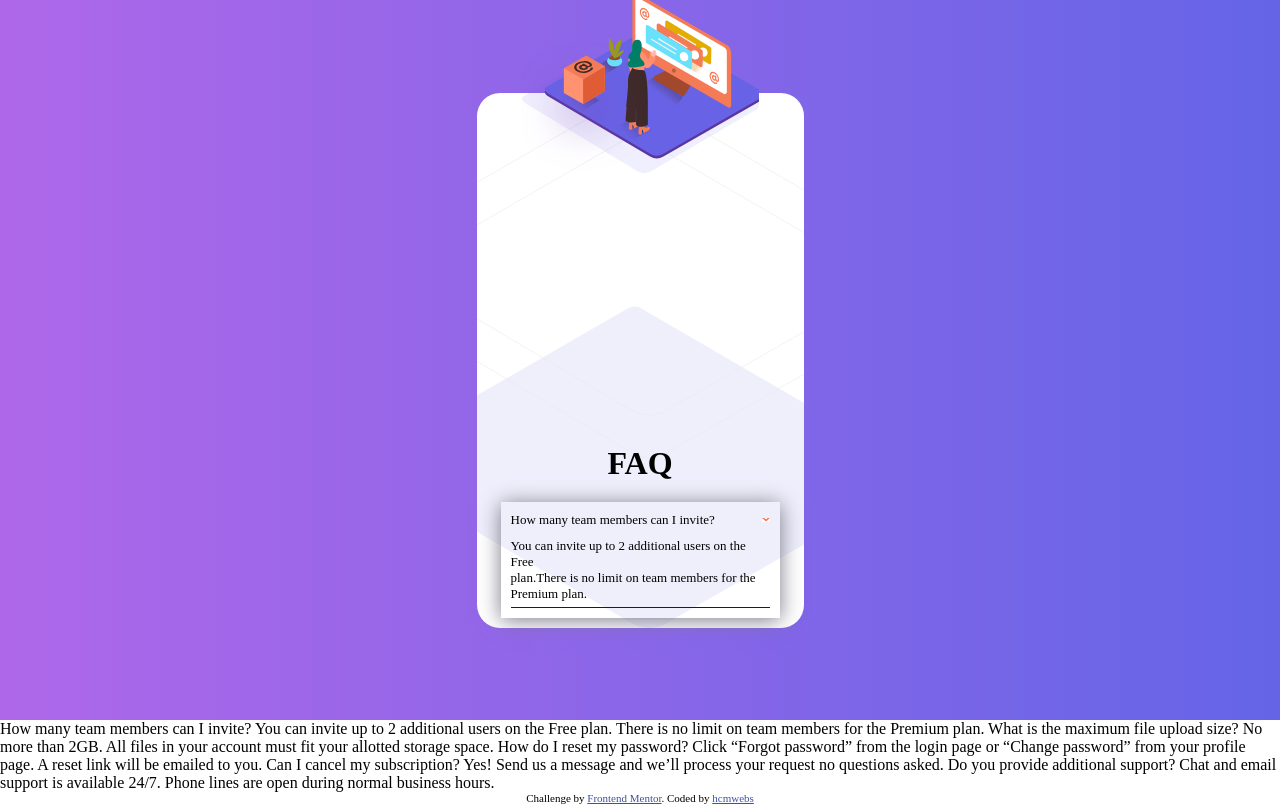
Repository: Hcmwebs/faq-accordion-card
Page: index.html
An editor plug-in stored every save of this project. The page is shown before and after the next save, followed by the edit.
The browser window is 1280 px wide. The pictures show the whole page.
The style sheet was rebuilt from its Sass, Less or Tailwind sources for each picture, by a compiler version that may differ from the author's.

Above is the page before, as saved 2020-11-06 10:29:07.

### index.html
<!DOCTYPE html>
<html lang="en">
  <head>
    <meta charset="UTF-8" />
    <meta name="viewport" content="width=device-width, initial-scale=1.0" />
    <!-- displays site properly based on user's device -->

    <link
      rel="icon"
      type="image/png"
      sizes="32x32"
      href="./images/favicon-32x32.png"
    />
    <link rel="stylesheet" href="css/main.min.css" />

    <title>Frontend Mentor | FAQ Accordion Card</title>

    <!-- Feel free to remove these styles or customise in your own stylesheet 👍 -->
    <style>
      .attribution {
        font-size: 11px;
        text-align: center;
      }
      .attribution a {
        color: hsl(228, 45%, 44%);
      }
    </style>
  </head>
  <body>
    <div class="container">
      <div class="card">
        <div class="card__header">
          <img
            src="/images/illustration-woman-online-mobile.svg"
            alt="image of a woman online"
          />
        </div>

        <div class="card__body">
          <h1 class="card__body--title">faq</h1>
          <div class="card__body--item">
            <div class="card__body--item--title">
              <h2>How many team members can I invite?</h2>
              <button>
                <img src="/images/icon-arrow-down.svg" alt="icon-arrow-down" />
              </button>
            </div>
            <p>
              You can invite up to 2 additional users on the Free <br />
              plan.There is no limit on team members for the Premium plan.
            </p>
            <div class="card__body--item--divider"></div>
          </div>
        </div>
      </div>
    </div>

    How many team members can I invite? You can invite up to 2 additional users
    on the Free plan. There is no limit on team members for the Premium plan.
    What is the maximum file upload size? No more than 2GB. All files in your
    account must fit your allotted storage space. How do I reset my password?
    Click “Forgot password” from the login page or “Change password” from your
    profile page. A reset link will be emailed to you. Can I cancel my
    subscription? Yes! Send us a message and we’ll process your request no
    questions asked. Do you provide additional support? Chat and email support
    is available 24/7. Phone lines are open during normal business hours.

    <div class="attribution">
      Challenge by
      <a href="https://www.frontendmentor.io?ref=challenge" target="_blank"
        >Frontend Mentor</a
      >. Coded by
      <a
        href="https://github.com/Hcmwebs/faq-accordion-card.git"
        target="_blank"
        rel="noopener noreferrer"
        >hcmwebs</a
      >
    </div>
  </body>
</html>

### scss/main.scss

// /*====fonts====*/

// @import url('https://fonts.googleapis.com/css2?family=Kumbh+Sans:wght@400;700&display=swap');

// $font-stack: 'Kumbh Sans',sans-serif;
// $font-size: 10px;
// $font-light: 400;
// $font-bold: 700;


// /*====primary color====*/
// /*====text-color====*/

// $veryDarkDesaturatedBlue: hsl(238, 29%, 16%);
// $softRed: hsl(14, 88%, 65%);

// /*====background -gradient====*/

// $gradientSoftViolet: hsl(273, 75%, 66%);
// $gradientSoftBlue: hsl(240, 73%, 65%);

// /*====Neutral color====*/
// /*====text-color====*/

// $veryDarkGrayishBlue: hsl(237, 12%, 33%);
// $darkGrayishBlue: hsl(240, 6%, 50%);

// /*====dividers-color====*/

// $dividersLightGrayishBlue: hsl(240, 5%, 91%);

@import 'variables';
@import 'mixins';


*{
  margin: 0;
  padding: 0;
  box-sizing: border-box;
}

.body{
width: 100%;
height: 100vh;
font-family: 'Kumbh Sans',sans-serif;
font-size: $font-size;
font-weight: $font-light;
@include grid($center, $center);
}

.container{
  width: 100%;
  height: 100vh;
  background: linear-gradient(90deg,$gradientSoftViolet 0%,$gradientSoftBlue 100%);
  @include flex($column, $center, $center);

  .card{
    width: 327px;
    height:535px;
    background-color: #fff;
    border-radius:23px;
    padding: 10px;
    @include flex(column,space-between,center);


    &__header{
      width: 237px;
      height: 180px;
      background-image: url(/images/bg-pattern-mobile.svg );
      background-size:contain;
      background-repeat: no-repeat;
      background-position: bottom center;
      transform: translateY(-110px);

      img{
        width: 100%;
        height: 100%;
        object-fit: cover;
      }

    }


    &__body{
      width: 100%;
      @include grid($center,$center);
      grid-template-columns: 1fr;
      gap: 20px;


      &--title{
      font-weight: $font-bold;
      font-size: 32px;
      text-transform: uppercase;
      margin: 0 auto;
      }

      &--item{
        width: 279px;
        margin: 0 auto;
        padding: 10px;
        @include grid($center,$center);
        gap: 5px;
        box-shadow: 0 2px 20px $darkGrayishBlue;
        cursor: pointer;
        transition: all 0.75s ease-in-out;

        &:hover{
          transform: scale(1.02);
        }


        &--title{
          @include flex($row,$spaceBetween,$center);

          h2{
            font-size: 13px;
            font-weight: $font-light;
          }

          button{
            cursor: pointer;
            border: none;
            @include grid($center,$center);
            transition: all 0.75s ease-in-out;

            &:hover{
              transform: scale(0.98);
            }

            img{
              width: 8px;
              height: 4px;
              display: block;
              object-fit: cover;
              color:$softRed;
              background-color:#fff;

            }

          }
        }

        p{
          font-size: 13px;
          margin-top: 5px;
          // display: none;
        }

        &--divider{
          width: 100%;
          height: 1px;
          background-color:$dividersLightGrayishBlue;
          background-color:blue;
        }
      }




    }

  }
}

@import 'medias';

### scss/_variables.scss
/*====fonts====*/

@import url('https://fonts.googleapis.com/css2?family=Kumbh+Sans:wght@400;700&display=swap');

$font-stack: 'Kumbh Sans',sans-serif;
$font-size: 10px;
$font-light: 400;
$font-bold: 700;


/*====primary color====*/
/*====text-color====*/

$veryDarkDesaturatedBlue: hsl(238, 29%, 16%);
$softRed: hsl(14, 88%, 65%);

/*====background -gradient====*/

$gradientSoftViolet: hsl(273, 75%, 66%) ;
$gradientSoftBlue: hsl(240, 73%, 65%);

/*====Neutral color====*/
/*====text-color====*/

$veryDarkGrayishBlue: hsl(237, 12%, 33%);
$darkGrayishBlue: hsl(240, 6%, 50%);

/*====dividers-color====*/

$dividersLightGrayishBlue: hsl(240, 5%, 91%);


/*====alignments====*/
$flexStart: flex-start;
$flexEnd: flex-End;
$center: center;
$spaceAround: space-around;
$spaceBetween: space-between;


/*====placeItems====*/

$placeItems: place-items;


/*====justify====*/

$justify: justify-content;

/*====align====*/
$align: align-items;

/*====direction====*/
$direction: flex-direction;
$row:row;
$column:column;

### scss/_mixins.scss
/*====grid====*/
@mixin grid ($justify,$align){

  display: grid;
  justify-content: $justify;
  align-items: $align;
}

@mixin flex ($direction, $justify, $align) {
  display: flex;
  flex-direction: $direction;
  justify-content: $justify;
  align-items: $align;

}

### scss/_medias.scss
/*====Mobile: 375px;====*/
/*====Desktop: 1440px;====*/


@media(max-width: 1440px){
  .container{
    min-width: 800px;


    .card{
      background-position: center center;
      background-repeat:no-repeat;
      background-size:cover;
      background-image:url(/images/bg-pattern-desktop.svg);
    }
  }
}

@media(max-width:375px){
  .container{
    min-width:320px;
  }
}

After the next save:
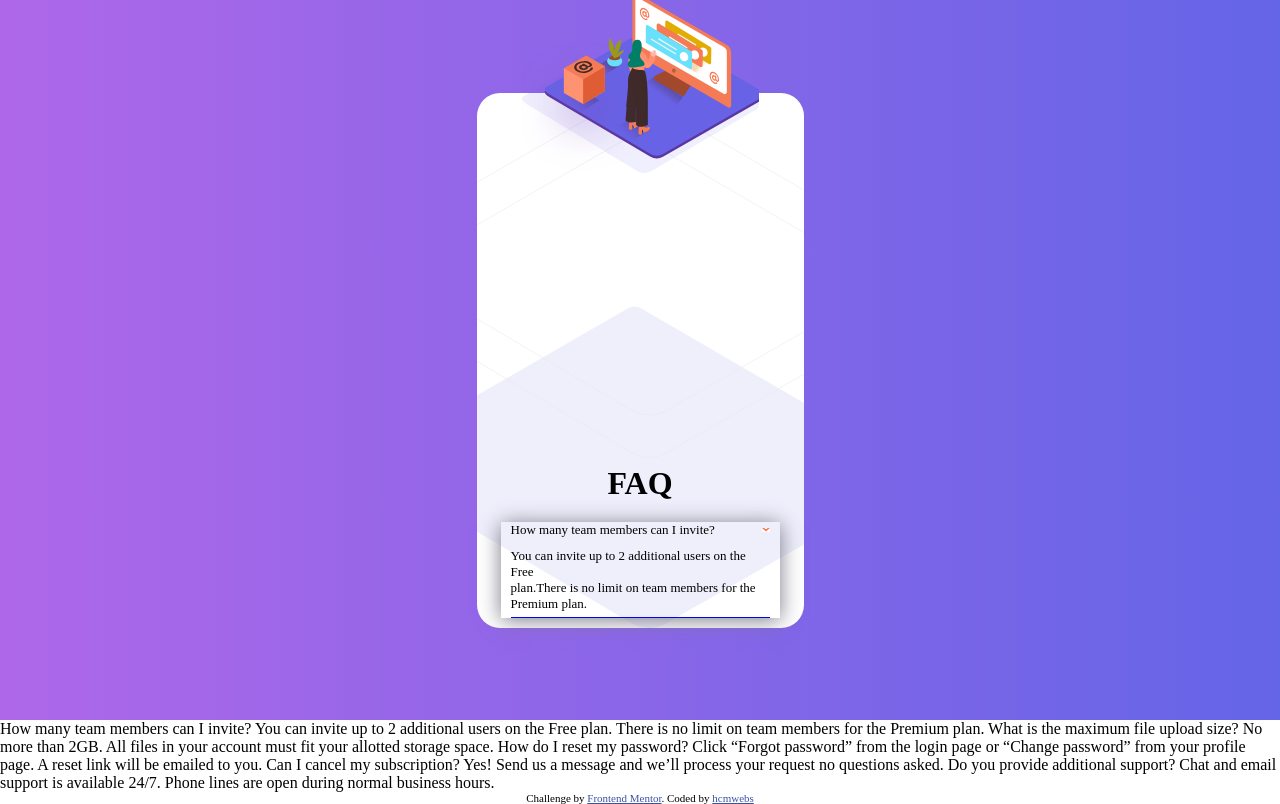
Saved 21 s later.
--- a/scss/main.scss
+++ b/scss/main.scss
@@ -99,7 +99,7 @@ font-weight: $font-light;
       &--item{
         width: 279px;
         margin: 0 auto;
-        padding: 10px;
+        padding:0 10px;
         @include grid($center,$center);
         gap: 5px;
         box-shadow: 0 2px 20px $darkGrayishBlue;
